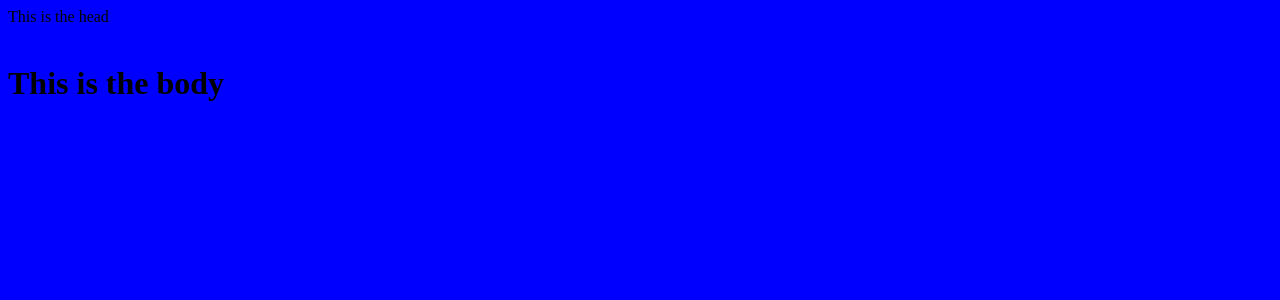
Repository: RaghavTVel/CUB_Codes
Page: eclipse_workspace/DataCommAssignment1/www/index.html
An editor plug-in stored every save of this project. The page is shown before and after the next save, followed by the edit.
The browser window is 1280 px wide. The pictures show the whole page.

Above is the page before, as saved 2015-09-05 23:59:38.

After the next save:
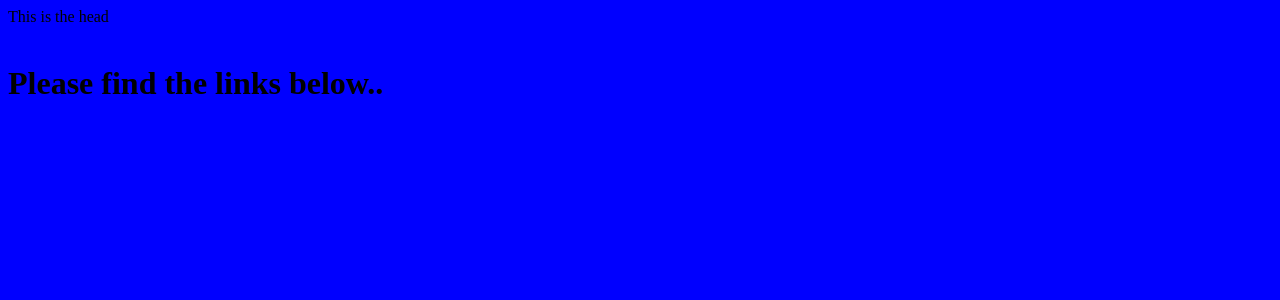
Saved 82 s later.
--- a/eclipse_workspace/DataCommAssignment1/www/index.html
+++ b/eclipse_workspace/DataCommAssignment1/www/index.html
@@ -11,7 +11,7 @@ Data Communications 1 - Assignment 1
 <body bgcolor='blue'>
 <p>
 <h1>
-This is the body
+Please find the links below..</br></br></br>
 </h1>
 </p>
 </body>
